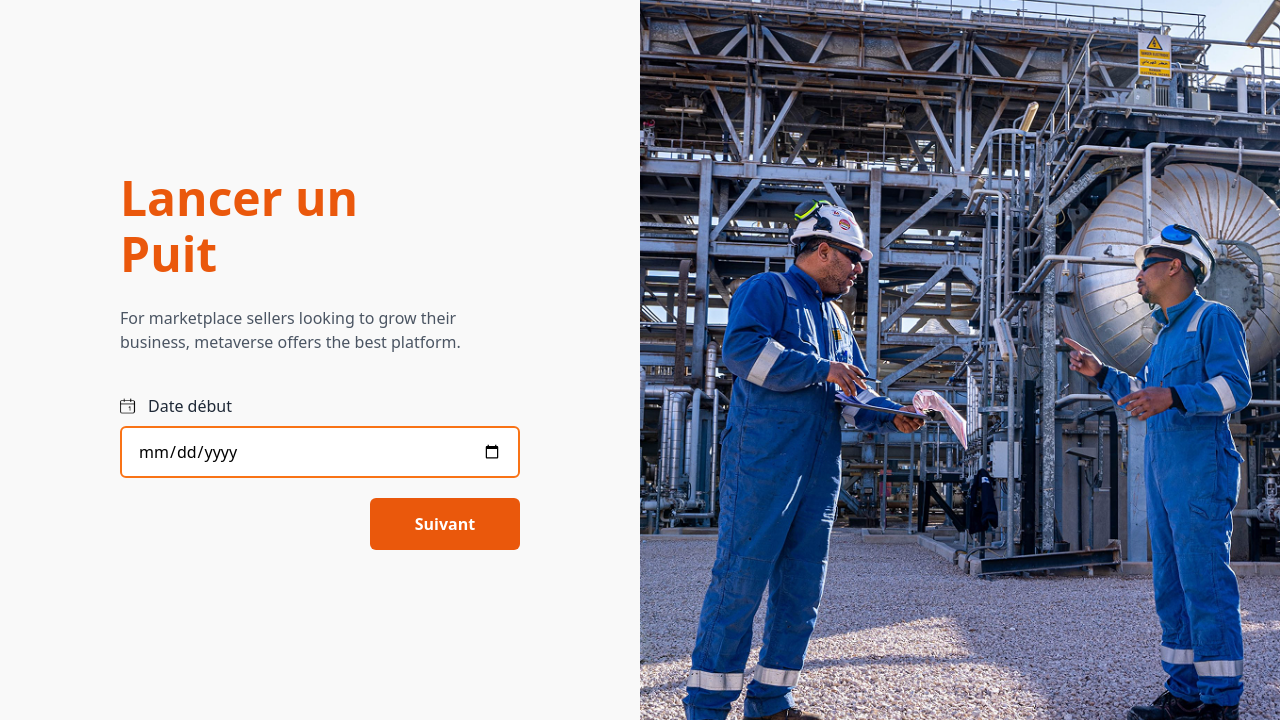
Repository: 123455675848484848484884848484/Projet_2cs
Page: / (app in front/)
The author's editor kept a copy of each file at every save. The page is drawn from the files as they stood at one save, then again after the next save.
The browser window is 1280 px wide. The pictures show the whole page.
The project was rebuilt for these pictures with package versions that can differ from the ones it lists, and the page was loaded fresh each time. Also part of the build but not shown: front/src/App.css, front/src/InformationPuit.jsx.

Above is the page before, as saved 2025-04-24 08:47:03.

After the next save:
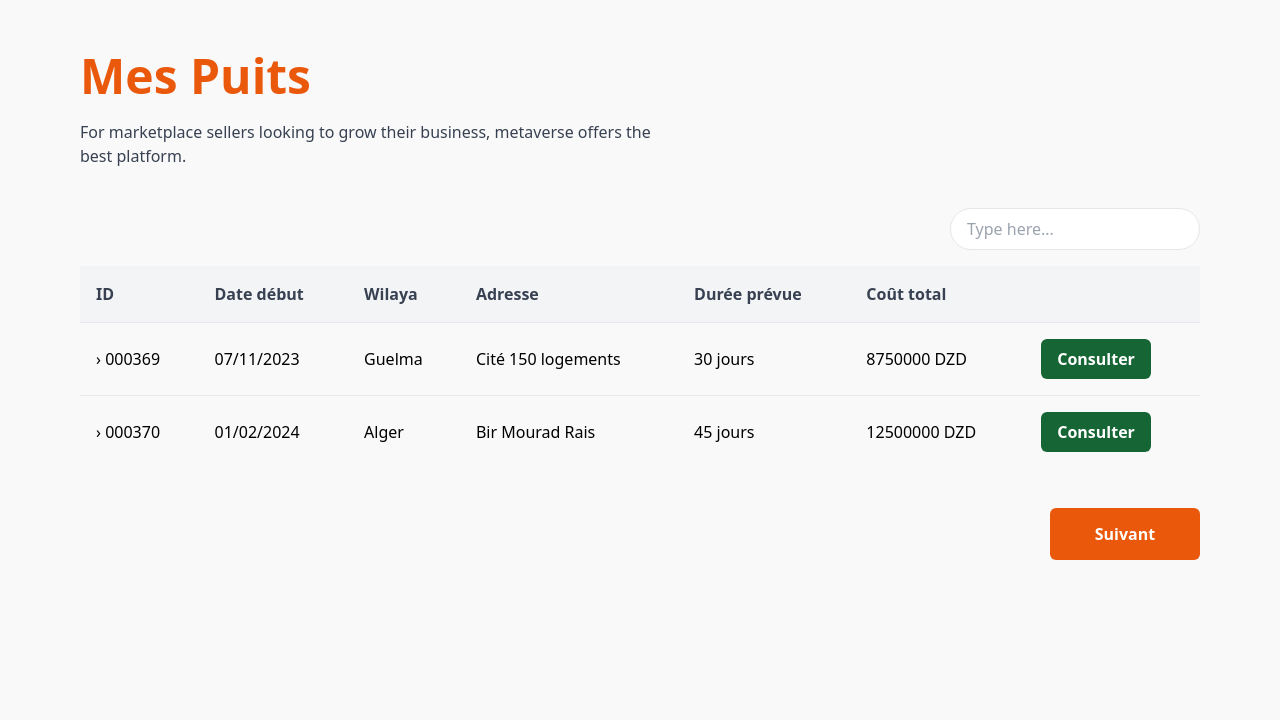
Saved 112 s later.
--- a/front/src/App.jsx
+++ b/front/src/App.jsx
@@ -8,13 +8,13 @@
 
 function App() {
   return (
-   <Router>
-    <Routes>
-       <Route path="/" element={<LancerPuit />} />
-       <Route path="/info-puit" element={<InformationPuit />} />
-   </Routes>
-    </Router>
- //< MesPuits />
+ //  <Router>
+  //  <Routes>
+   //    <Route path="/" element={<LancerPuit />} />
+    //   <Route path="/info-puit" element={<InformationPuit />} />
+   //</Routes>
+   // </Router>
+ < MesPuits />
   );
 }
 

After the save that followed:
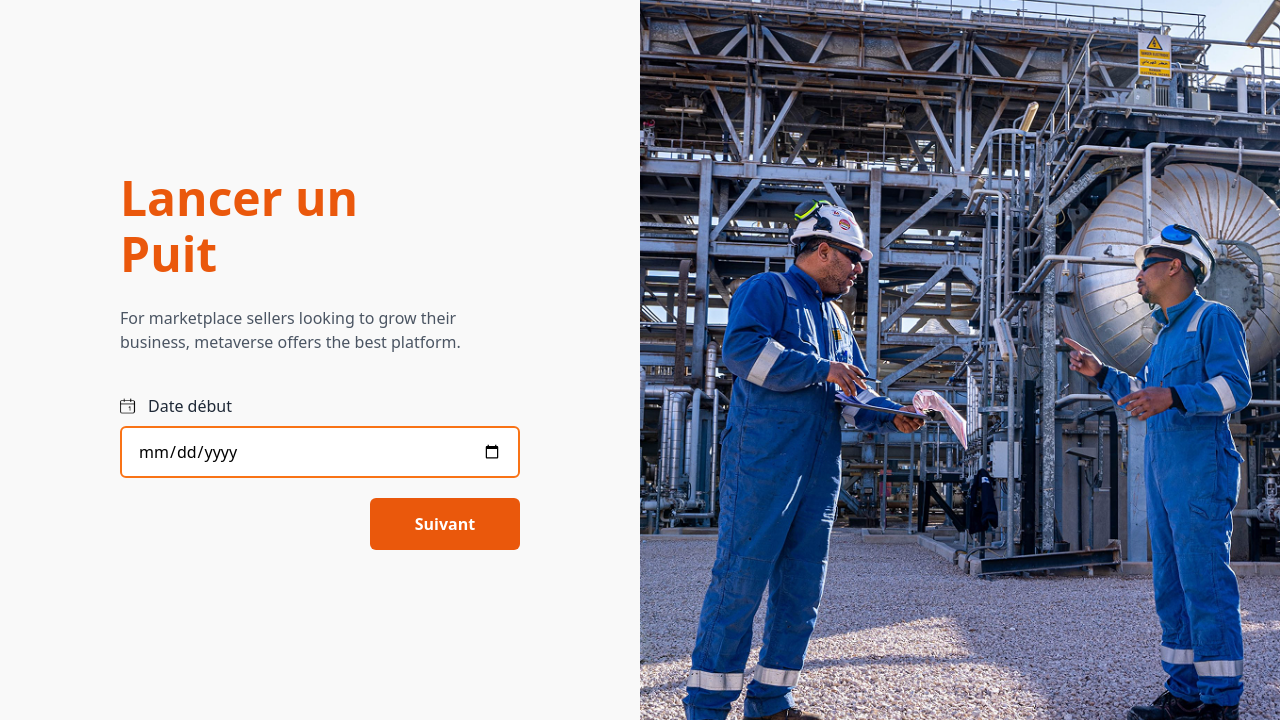
Saved 2 min 42 s later.
--- a/front/src/App.jsx
+++ b/front/src/App.jsx
@@ -8,13 +8,13 @@
 
 function App() {
   return (
- //  <Router>
-  //  <Routes>
-   //    <Route path="/" element={<LancerPuit />} />
-    //   <Route path="/info-puit" element={<InformationPuit />} />
-   //</Routes>
-   // </Router>
- < MesPuits />
+   <Router>
+    <Routes>
+      <Route path="/" element={<LancerPuit />} />
+      <Route path="/info-puit" element={<InformationPuit />} />
+  </Routes>
+    </Router>
+ //< MesPuits />
   );
 }
 
